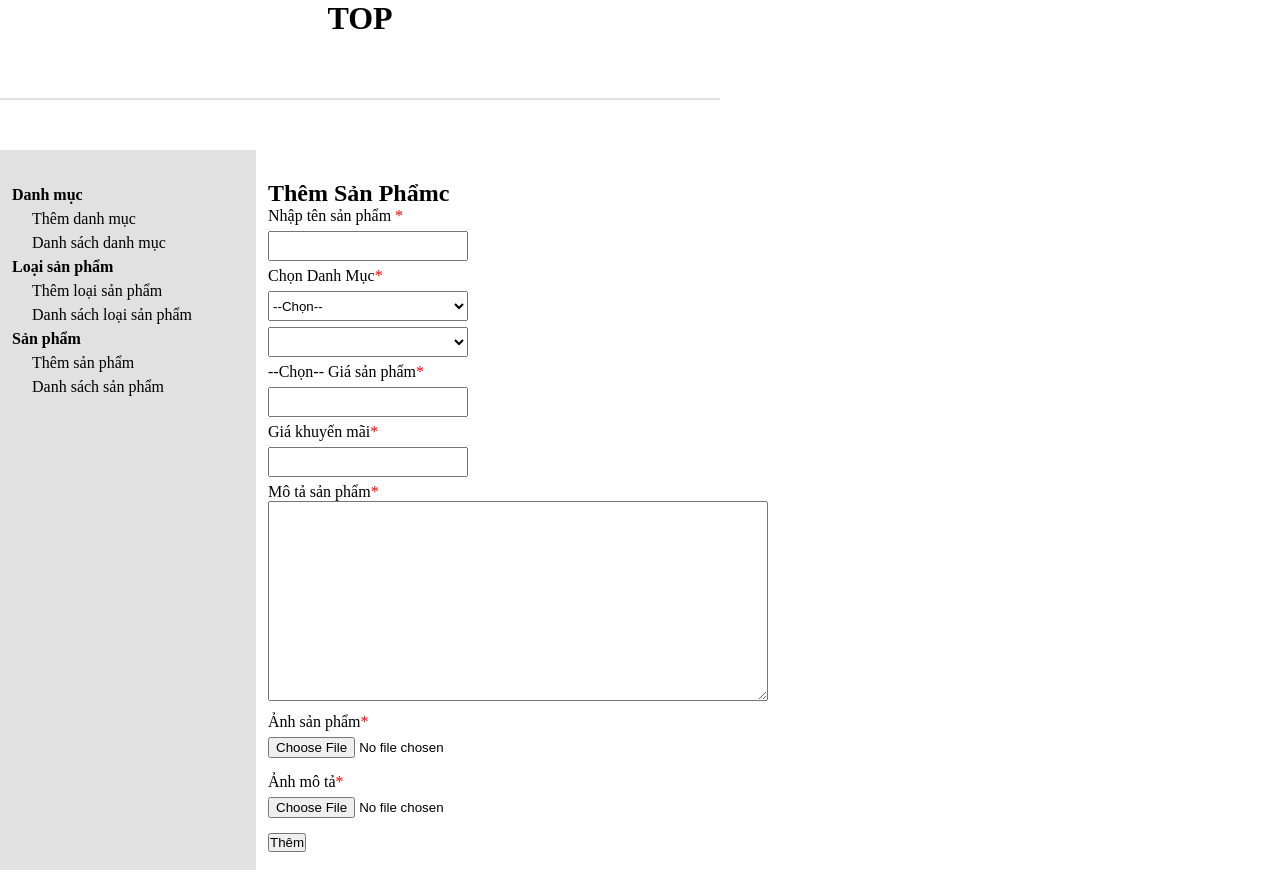
Repository: dinhvanbinh2310/ivy-moda
Page: Admin/productadd.html
The author's editor kept a copy of each file at every save. The page is drawn from the files as they stood at one save, then again after the next save.
The browser window is 1280 px wide. The pictures show the whole page.

Above is the page before, as saved 2022-07-06 16:09:45.

### Admin/productadd.html
<!DOCTYPE html>
<html lang="en">
<head>
  <meta charset="UTF-8">
  <meta http-equiv="X-UA-Compatible" content="IE=edge">
  <meta name="viewport" content="width=device-width, initial-scale=1.0">
  <link rel="stylesheet" href="style.css">
  <title>Danh mục sản phẩm</title>
</head>
<body>
  <header>
    <h1>TOP</h1>
  </header>
  <section class="admin-content">
    <div class="admin-content-left">
      <ul>
        <li> <a href="#">Danh mục</a>
          <ul>
            <li><a href="">Thêm danh mục</a></li>
            <li><a href="">Danh sách danh mục</a></li>
          </ul>
        </li>
        <li> <a href="#">Loại sản phẩm</a>
          <ul>
            <li><a href="">Thêm loại sản phẩm</a></li>
            <li><a href="">Danh sách loại sản phẩm</a></li>
          </ul>
        </li>
        <li> <a href="#">Sản phẩm</a>
          <ul>
            <li><a href="">Thêm sản phẩm</a></li>
            <li><a href="">Danh sách sản phẩm</a></li></li>
        </ul>
      </ul>
    </div>
    <div class="admin-content-right">
      <div class="admin-content-right-product-add">
          <h1>Thêm Sản Phẩmc</h1>
          <form action="" method="POST">
            <label for="">Nhập tên sản phẩm <span style="color:red;">*</span></label>
            <input type="text">
            <label for="">Chọn Danh Mục<span style="color:red;">*</span></label>
            <select name="" id="">
                <option value="#">--Chọn--</option>
            </select>
            <select name="" id="">
            <label for="">Chọn Loại Sản Phẩm<span style="color:red;">*</span></label>
              <select value="#">--Chọn--</select>
          </select>
          <label for="">Giá sản phẩm<span style="color:red;">*</span></label>
          <input type="text">
          <label for="">Giá khuyến mãi<span style="color:red;">*</span></label>
          <input type="text">
          <label for="">Mô tả sản phẩm<span style="color:red;">*</span></label>
          <textarea name="" id="" cols="30" rows="10"></textarea>
          <label for="">Ảnh sản phẩm<span style="color:red;">*</span></label>
          <input type="file">
          <label for="">Ảnh mô tả<span style="color:red;">*</span></label>
          <input type="file">
          <button type="submit">Thêm</button>
          </form>
        </div>
      </div>
  </section>
</body>
</html>

### Admin/style.css
*{
  margin: 0;
  padding: 0;
  box-sizing: border-box;
  color: black;
  outline: none;
}
a{
  text-decoration: none;
}
ul{
  list-style: none;
}
header{
  height: 100px;
  width: 100vh;
  border-bottom: 2px solid #dddd;
  text-align: center;
  align-items: center;
}
.admin-content{
  padding-top: 50px;
  display: flex;
}
.admin-content-left{
  background-color: #dddd;
  width: 20%;
  height: 100vh;
  padding: 30px 0 0 12px;
}
.admin-content-left > ul >li >a{
  font-weight: bold;
}
.admin-content-left ul li{
  margin: 6px 0;
}
.admin-content-left ul ul{
  margin-left: 20px;
}
.admin-content-right{
  width: 80%;
  padding: 30px 0 0 12px;
}
.admin-content-right-cartegory-add input{
  height: 30px;
  width: 200px;
  padding-left: 12px;
  margin-top: 20px;
}
.admin-content-right-cartegory-add button{
  display: block;
  margin-top: 10px;
  height: 30px;
  width: 100px;
  cursor: pointer;
  background-color: brown;
  border: none;
  color: white;
  transition: all 0.3s ease;
}
.admin-content-right-cartegory-add button:hover{
  background-color: transparent;
  border: 1px solid brown;
  color: brown;
}
/* ------------------------Cartegorylist----------------------- */
.admin-content-right-cartegory_list table{
  width: 100%;
  text-align: center;
  margin-top: 20px;
}
.admin-content-right-cartegory_list table tr th,td{
  border: 1px solid #dddd;
}
table{
  border-collapse: collapse;
}
/* ------------------------Product----------------------- */
.admin-content-right-product-add input,select{
  width: 200px;
  height: 30px;
  display: block;
  margin: 6px 0;
}
.admin-content-right-product-add textarea{
  display: block;
  height: 200px;
  width: 500px;
  margin-bottom: 12px;
}

After the next save:
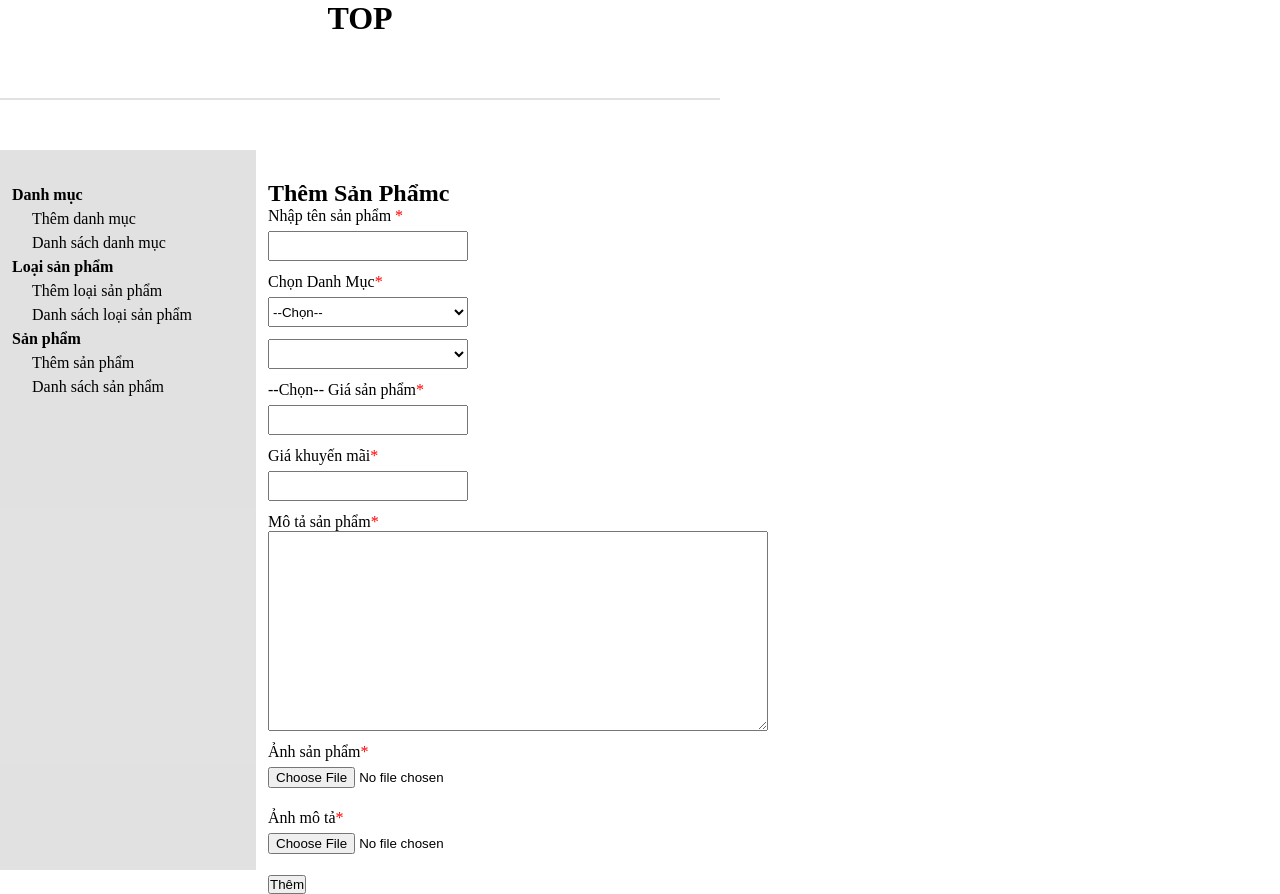
Saved 5 s later.
--- a/Admin/style.css
+++ b/Admin/style.css
@@ -80,7 +80,7 @@ table{
   width: 200px;
   height: 30px;
   display: block;
-  margin: 6px 0;
+  margin: 6px 0 12px;
 }
 .admin-content-right-product-add textarea{
   display: block;
